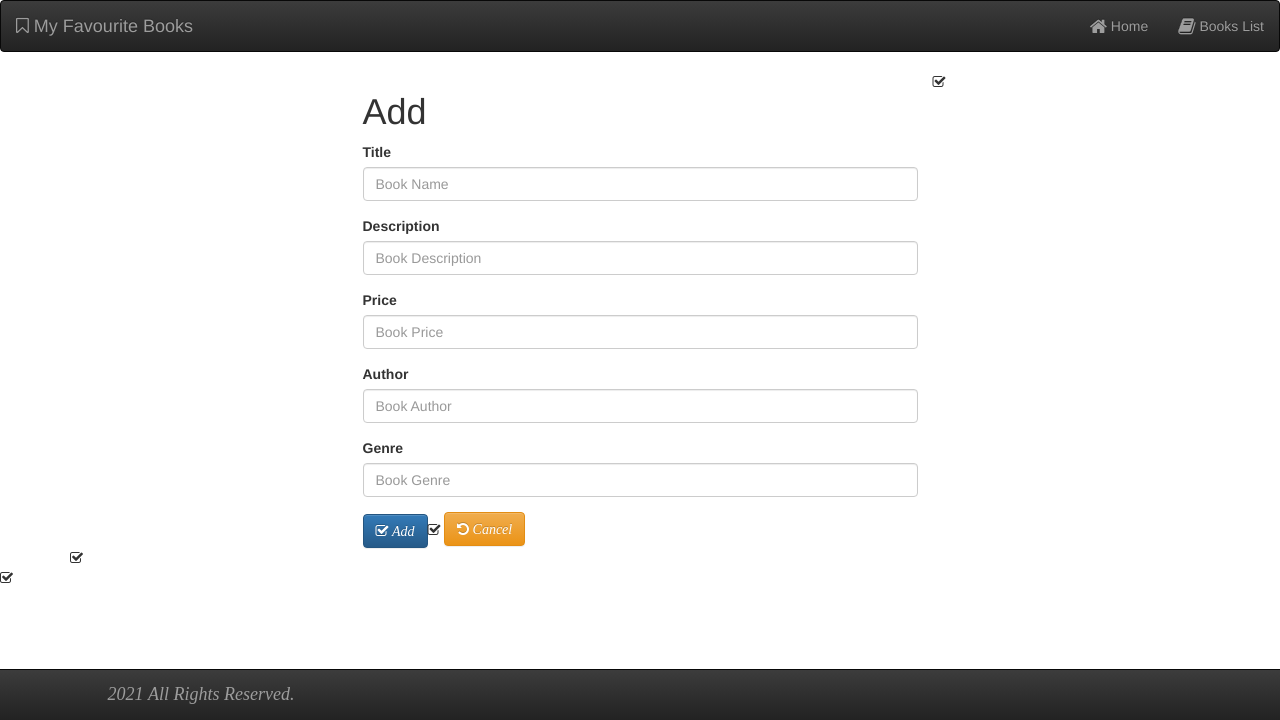
Repository: MateoD-0700/MyFirstRepo
Page: http://localhost/books/add
An editor plug-in stored every save of this project. The page is shown before and after the next save, followed by the edit.
The browser window is 1280 px wide. The pictures show the whole page.
The page is served by the project's Node server (server.js).

Above is the page before, as saved 2021-06-24 01:22:33.

After the next save:
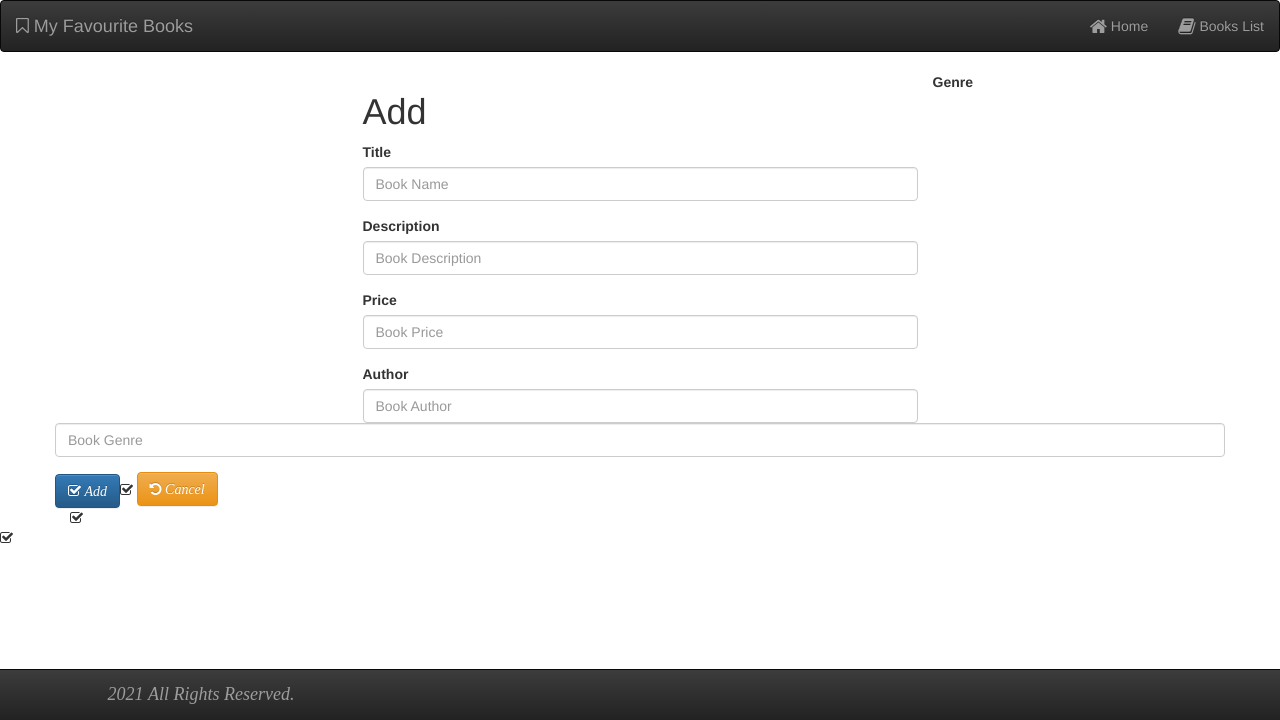
Saved 2 min 27 s later.
--- a/Desktop/Semester 3/Web Application Development/COMP229-F2020-Midterm--301156025--main/server/views/books/details.ejs
+++ b/Desktop/Semester 3/Web Application Development/COMP229-F2020-Midterm--301156025--main/server/views/books/details.ejs
@@ -21,7 +21,7 @@
                 <input type="text" class="form-control" id="PriceTextField"
                 placeholder="Book Price" name="Price" value="<%= books.Price %>"  required>
               </div>
-              <div class="form-group">
+              <div class="form-group"></div>
                 <label for="AuthorTextField">Author</label>
                 <input type="text" class="form-control" id="AuthorTextField"
                 placeholder="Book Author" name="Author" value="<%= books.Author %>"  required>
@@ -41,6 +41,7 @@
               <button type="submit" class= "btn btn-primary"><i class="fa fa-check-square-o"><i> Add </button>
               <% } %>
               <a href="/books" type="button" class="btn btn-warning"><i class="fa fa-undo"></i> Cancel</a>
+              </div>
             </form>
         </div>
       </div>
